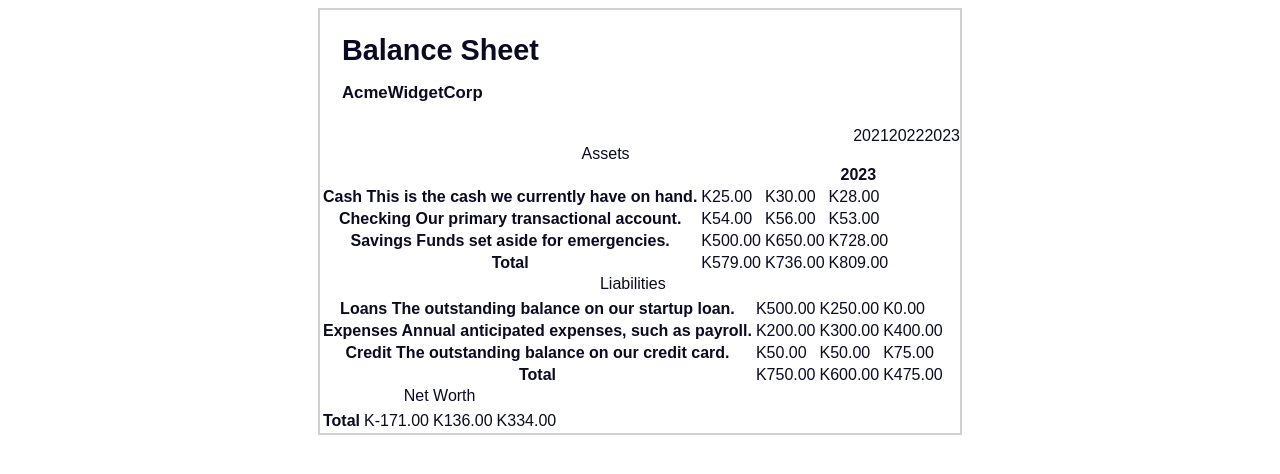
Repository: Lungdjos/balance_shee
Page: index.html
These files come from the project's save history. The page is drawn as it stood at one moment and after the next save; the edit follows.
The browser window is 1280 px wide. The pictures show the whole page.

Above is the page before, as saved 2023-11-04 09:11:04.

After the next save:
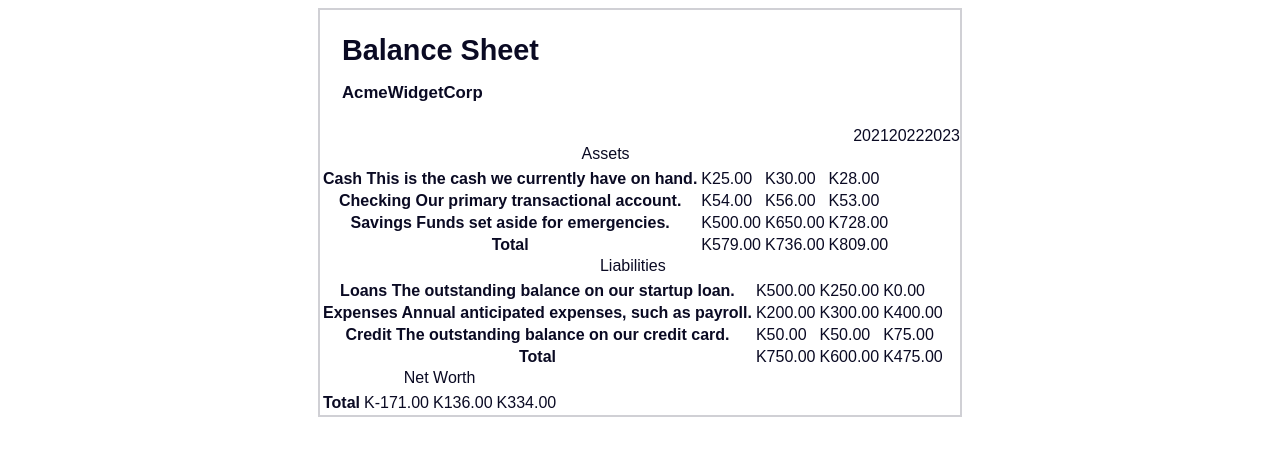
Saved 2 min 28 s later.
--- a/index.html
+++ b/index.html
@@ -28,9 +28,9 @@
                     <thead>
                         <tr>
                             <td></td>
-                            <th><span class="sr-only year">2021</span></th>
-                            <th><span class="sr-only year">2022</span></th>
-                            <th class="current"><span class="current">2023</span></th>
+                            <th><span class="sr-only year">2019</span></th>
+                            <th><span class="sr-only year">2020</span></th>
+                            <th class="current"><span class="sr-only year">2021</span></th>
                         </tr>
                     </thead>
                     <tbody>
